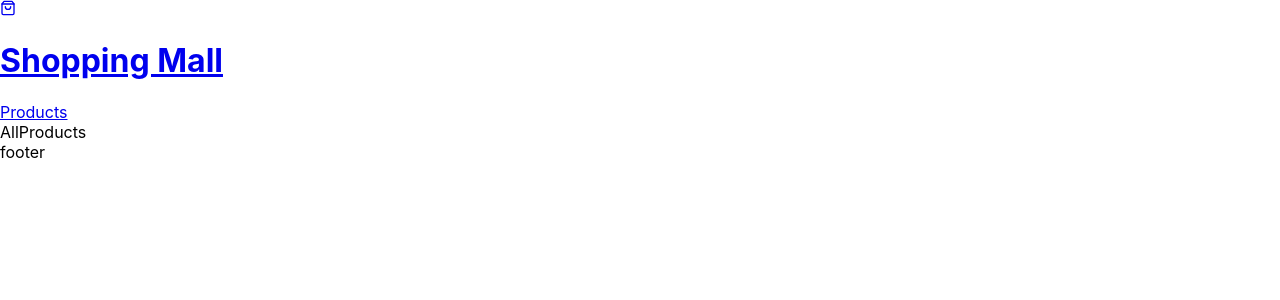
Repository: dnjfht/shopping_mall
Page: /products
These files come from the project's save history. The page is drawn as it stood at one moment and after the next save; the edit follows.
The browser window is 1280 px wide. The pictures show the whole page.
The project was rebuilt for these pictures with package versions that can differ from the ones it lists, and the page was loaded fresh each time. Also part of the build but not shown: src/App.css, src/pages/Home.jsx, src/pages/NewProduct.jsx, src/pages/ProductDetail.jsx, src/pages/NotFound.jsx, src/pages/MyCart.jsx.

Above is the page before, as saved 2023-03-05 19:47:16.

After the next save:
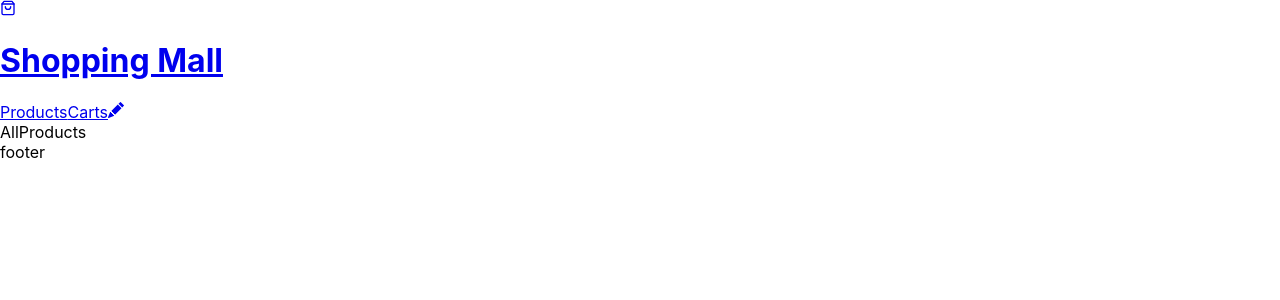
Saved 55 s later.
--- a/src/components/Header.jsx
+++ b/src/components/Header.jsx
@@ -12,6 +12,10 @@ export default function Header() {
       </Link>
       <nav>
         <Link to="/products">Products</Link>
+        <Link to="/carts">Carts</Link>
+        <Link to="/products/new">
+          <BsFillPencilFill />
+        </Link>
       </nav>
     </header>
   );
